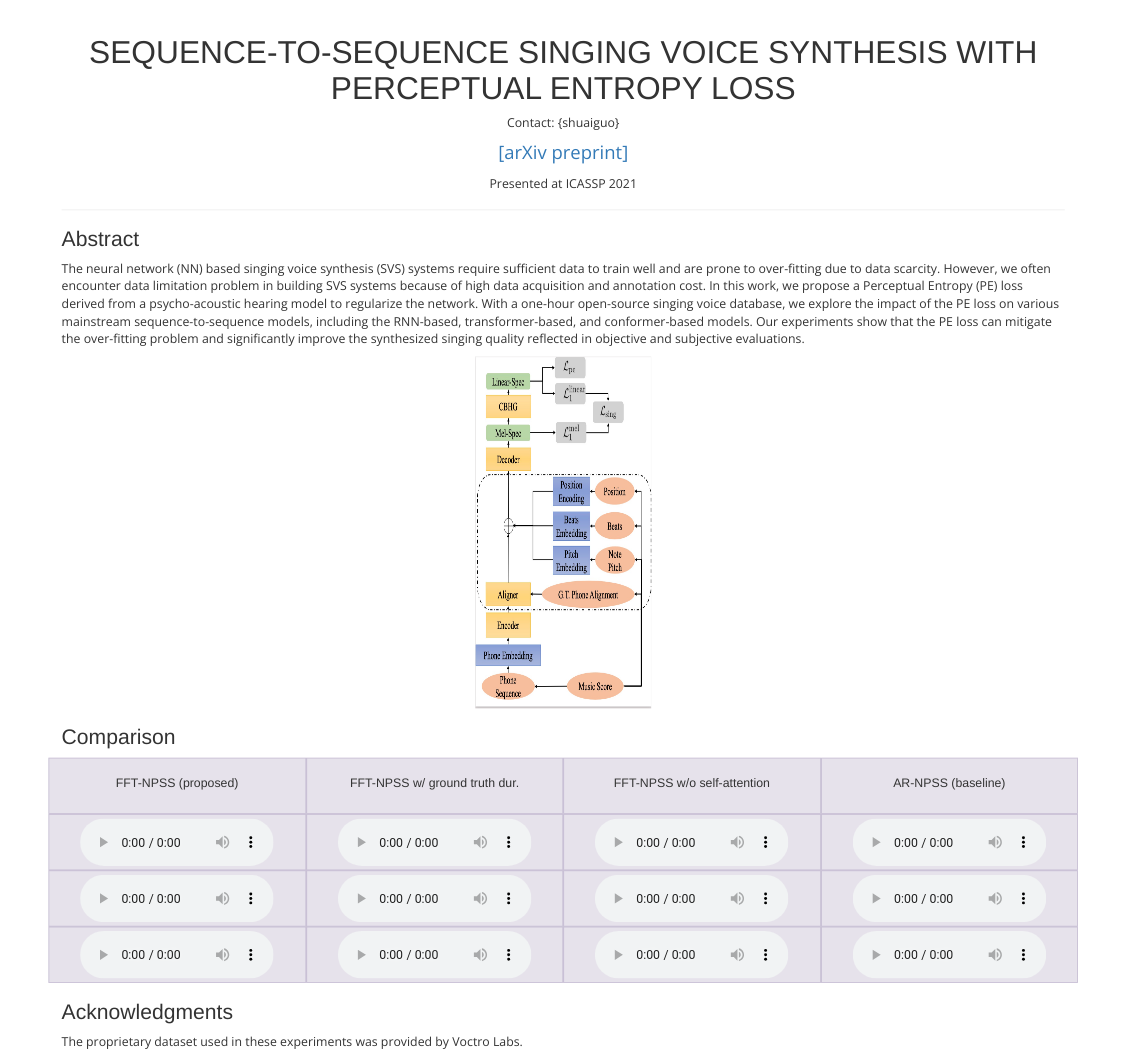
Repository: PeterGuoRuc/SVS_pe.github.io
Page: index.html
An editor plug-in stored every save of this project. The page is shown before and after the next save, followed by the edit.
The browser window is 1280 px wide. The pictures show the whole page, at 88% of full size.

Above is the page before, as saved 2021-06-06 16:41:51.

After the next save:
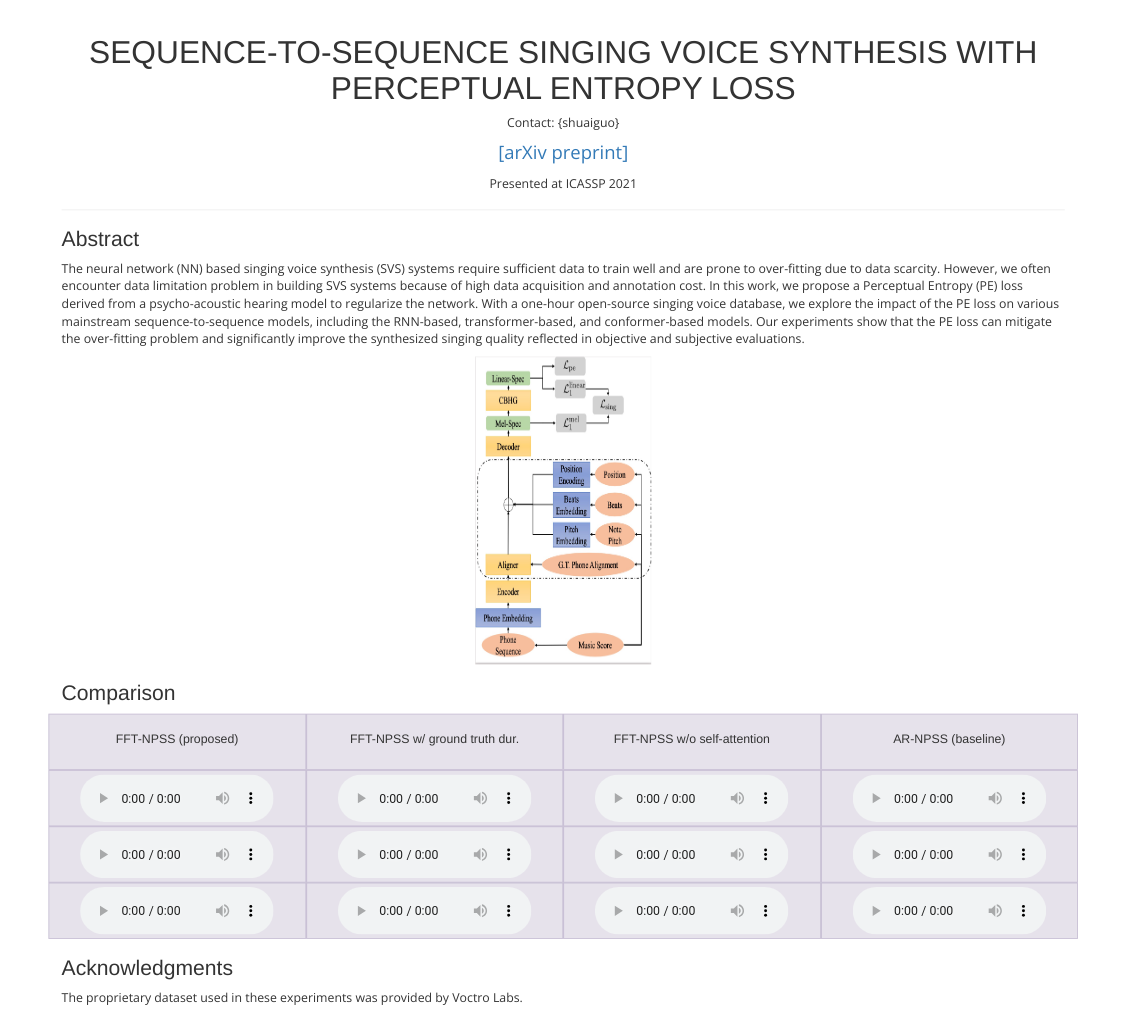
Saved 17 s later.
--- a/index.html
+++ b/index.html
@@ -57,7 +57,7 @@
         Our experiments show that the PE loss can mitigate the over-fitting problem and significantly improve the synthesized singing quality reflected in objective and subjective evaluations.
       </p>
 
-      <center><img src="files/svs_model.jpg"/ height="400" width="200"></center>
+      <center><img src="files/svs_model.jpg"/ height="350" width="200"></center>
 
       <h3>Comparison</h3>
       <div class="row">
